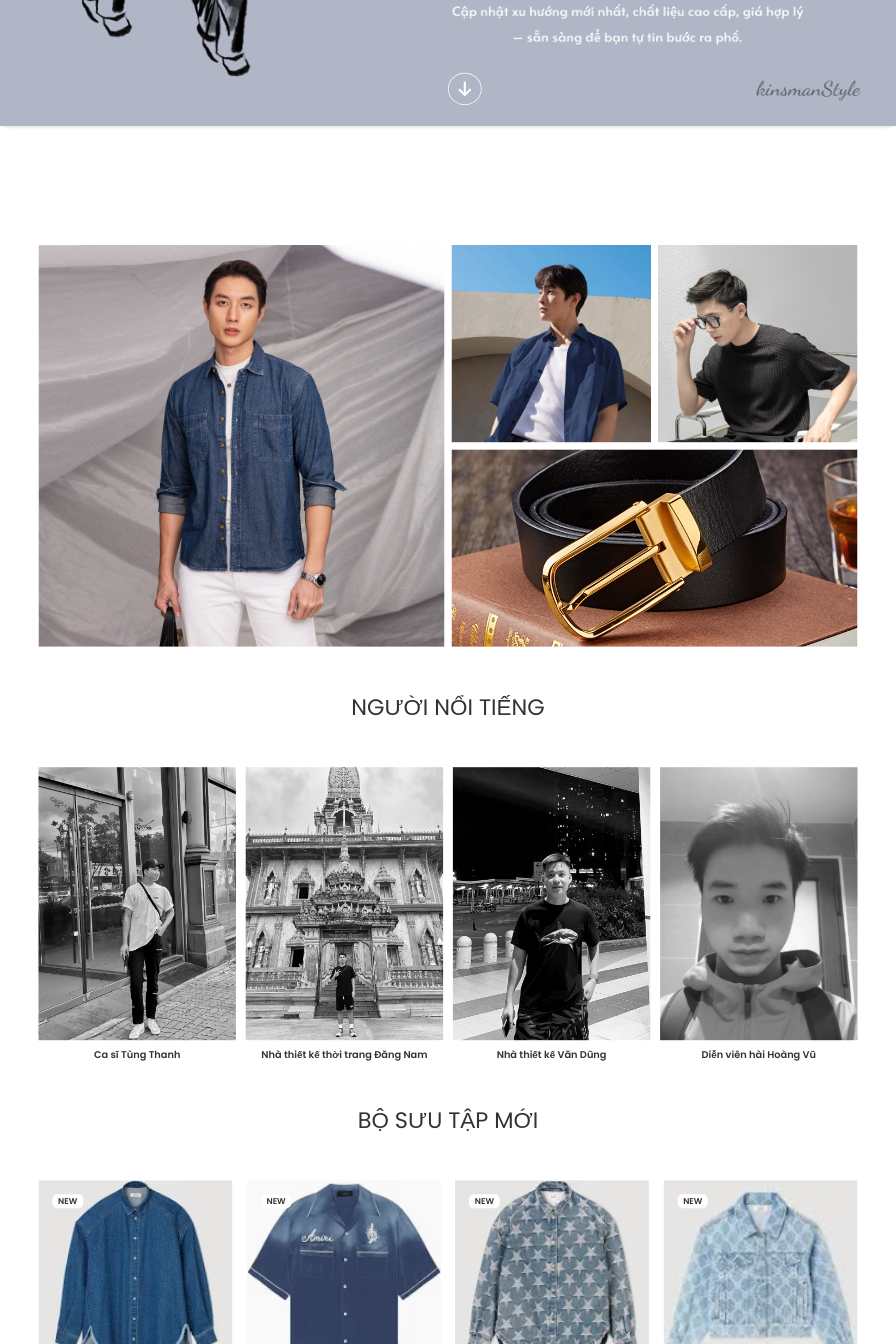
Repository: hoang28092000/kinsmanClothes
Page: index.html
An editor plug-in stored every save of this project. The page is shown before and after the next save, followed by the edit.
The browser window is 1280 px wide. The pictures show the part of the page from y = 530 to 2450 px (the page is 5080 px tall), at 70% of full size.

Above is the page before, as saved 2025-05-07 01:07:01.

### index.html
<!DOCTYPE html>
<html lang="en">
  <head>
    <meta charset="UTF-8" />
    <meta name="viewport" content="width=device-width, initial-scale=1.0" />
    <link rel="preconnect" href="https://fonts.googleapis.com" />
    <link rel="preconnect" href="https://fonts.gstatic.com" crossorigin />
    <link
      href="https://fonts.googleapis.com/css2?family=Poppins:ital,wght@0,100;0,200;0,300;0,400;0,500;0,600;0,700;0,800;0,900;1,100;1,200;1,300;1,400;1,500;1,600;1,700;1,800;1,900&display=swap"
      rel="stylesheet"
    />
    <link
      rel="stylesheet"
      href="https://cdnjs.cloudflare.com/ajax/libs/font-awesome/6.7.2/css/all.min.css"
      integrity="sha512-Evv84Mr4kqVGRNSgIGL/F/aIDqQb7xQ2vcrdIwxfjThSH8CSR7PBEakCr51Ck+w+/U6swU2Im1vVX0SVk9ABhg=="
      crossorigin="anonymous"
      referrerpolicy="no-referrer"
    />
    <link rel="stylesheet" href="./css/reset.css" />
    <link rel="stylesheet" href="./css/main.css" />

    <title>KinsManClothes</title>
  </head>
  <body style="height: 5000px">
    <header class="header">
      <div class="container">
        <div class="content-header">
          <div class="logo">
            <a href="./index.html">
              <img
                src="./asset/logo/logo-kinsmann.svg"
                alt="KinsManClothes Logo"
              />
            </a>
          </div>
          <nav class="nav">
            <ul>
              <li><a href="./index.html">Sản Phẩm</a></li>
              <li><a href="./about.html">Giới thiệu</a></li>
              <li><a href="./shop.html">Chính Sách</a></li>
              <li><a href="./shop.html">Tin tức</a></li>
              <li><a href="./contact.html">Liên hệ</a></li>
            </ul>
          </nav>
          <div class="search-box">
            <input type="text" placeholder="Tìm kiếm sản phẩm..." />
            <button type="submit">Tìm kiếm</button>
          </div>
        </div>
      </div>
    </header>

    <main>
      <div class="content-main">
        <div class="slider" id="slider">
          <img
            src="./asset/banner/banner-1.png"
            alt="banner"
            class="slide active"
          />
          <img src="./asset/banner/banner-2.png" alt="banner" class="slide" />
          <img src="./asset/banner/banner-3.png" alt="banner" class="slide" />
          <a href="#category-list"><i class="fa-solid fa-arrow-down arrow-continue"></i></a>
        </div>
      </div>
      <div class="container">
        <section class="category-list" id="category-list">
          <div class="card-wrapper">
            <img
              src="./asset/image/model-6.jpg"
              alt=""
              class="img-category-1"
            />
            <div class="overlay">
              <h3>Jeans</h3>
              <a href="">Xem thêm</a>
            </div>
          </div>
          <div class="card-wrapper-2">
            <img src="./asset/image/model-2.webp" alt="" />
            <div class="overlay">
              <h3>Sơ mi</h3>
              <a href="">Xem thêm</a>
            </div>
          </div>
          <div class="card-wrapper-2">
            <img src="./asset/image/mode-10.jpg" alt="" />
            <div class="overlay">
              <h3>Áo thun</h3>
              <a href="">Xem thêm</a>
            </div>
          </div>
          <div class="card-wrapper-3">
            <img src="./asset/image/model-9.jpg" alt="" />
            <div class="overlay">
              <h3>Thắt lưng</h3>
              <a href="">Xem thêm</a>
            </div>
          </div>
        </section>
        <section class="celebrity">
          <h2 class="title-heading">NGƯỜI NỔI TIẾNG</h2>
          <div class="celebrity-list">
            <a href="">
              <div class="celebrity-item">
                <img src="./asset/image/celep-1.jpg" alt="" />
                <h3>Ca sĩ Tùng Thanh</h3>
              </div>
            </a>
            <a href=""
              ><div class="celebrity-item">
                <img src="./asset/image/celep-5.jpg" alt="" />
                <h3>Nhà thiết kế thời trang Đăng Nam</h3>
              </div></a
            >
            <a href=""
              ><div class="celebrity-item">
                <img src="./asset/image/celep-3.jpg" alt="" />
                <h3>Nhà thiết kế Văn Dũng</h3>
              </div></a
            >
            <a href=""
              ><div class="celebrity-item">
                <img src="./asset/image/celep-7.jpg" alt="" />
                <h3>Diễn viên hài Hoàng Vũ</h3>
              </div></a
            >
          </div>
        </section>
        <section class="collection">
          <h2 class="title-heading">BỘ SƯU TẬP MỚI</h2>
          <div class="list-collection">
            <a href="">
                <div class="item-collection">
                    <img src="./asset/image/j-4.webp" alt="this is collection">
                    <p>NEW</p>
                </div>
            </a>
            <a href="">
                <div class="item-collection">
                    <img src="./asset/image/j-5.webp" alt="this is collection">
                    <p>NEW</p>
                </div>
            </a>
            <a href="">
                <div class="item-collection">
                    <img src="./asset/image/j-6.webp" alt="this is collection">
                    <p>NEW</p>
                </div>
            </a>
            <a href="">
                <div class="item-collection">
                    <img src="./asset/image/j-7.webp" alt="this is collection">
                    <p>NEW</p>
                </div>
            </a>

          </div>
        </section>
      </div>
    </main>
    <footer></footer>

    <script src="./js/main.js"></script>
  </body>
</html>

### css/main.css
:root {
  --primary-color: #ff6347;
  --secondary-color: #4caf50;
  --background-color: #f0f0f0;
  --text-color: #333;
}
* {
  padding: 0;
  margin: 0;
  box-sizing: border-box;
}
html {
  font-family: "Poppins", sans-serif;
  font-size: 62.5%;
  scroll-behavior: smooth;
}

.container {
  width: 1170px;
  max-width: calc(100% - 48px);
  margin: 0 auto;
}
.content-header {
  display: flex;
  justify-content: space-between;
  align-items: center;
}
.header {
  position: fixed;
  height: 80px;
  top: 0;
  left: 0;
  right: 0;
  z-index: 999;
  background-color: white;
  box-shadow: 0 2px 4px rgba(0, 0, 0, 0.05);
}
.arrow-continue {
  position: absolute;
  bottom: 30px;
  left: 50%;
  z-index: 2;
  font-size: 2.4rem;
  color: #fff;
  border: 1px solid #fff;
  padding: 10px 14px;
  border-radius: 50%;
}
.arrow-continue:hover {
  background-color: var(--primary-color);
  color: #fff;
  transition: all 0.3s ease-in-out;
}
header .logo img {
  width: 200px;
  height: 80px;
}
.nav ul {
  display: flex;
  justify-content: space-between;
  gap: 20px;
}
.nav a {
  text-decoration: none;
  color: var(--text-color);
  font-size: 1.4rem;
  font-weight: 500;
  padding: 10px;
  transition: all 0.3s ease-in-out;
}
.nav a:hover {
  color: var(--primary-color);
}
.search-box {
  display: flex;
  align-items: center;
  gap: 10px;
}
.search-box input[type="text"] {
  padding: 6px;
  border: 1px solid var(--text-color);
  border-radius: 5px;
  font-size: 1.4rem;
  width: 200px;
  outline: none;
}
.search-box input[type="text"]:focus {
  border-color: var(--primary-color);
}
.search-box button[type="submit"] {
  background-color: #333;
  color: #fff;
  font-weight: 500;
  border: none;
  padding: 6px 12px;
  border-radius: 5px;
  cursor: pointer;
  font-size: 1.4rem;
  transition: all 0.3s ease-in-out;
}
.search-box button[type="submit"]:hover {
  background-color: var(--primary-color);
}

/* main */
.content-main {
  margin-top: 80px;
  border-radius: 10px;
  box-shadow: 0 2px 4px rgba(0, 0, 0, 0.1);
}
.slider {
  position: relative;
  width: 100%;
  height: 630px;
  overflow: hidden;
}
.slide {
  position: absolute;
  width: 100%;
  height: 100%;
  opacity: 0;
  transition: opacity 0.5s ease-in-out;
}
.slide.active {
  opacity: 1;
  z-index: 1;
}

.overlay {
  background-color: #928d8d;
  display: none;
}
.overlay h3 {
  color: #fff;
  font-size: 2.4rem;
}

.category-list {
  margin-top: 170px;
  display: grid;
  grid-template-columns: repeat(4, 1fr);
  grid-template-rows: repeat(2, 282px);
  gap: 10px;
}
.card-wrapper {
  position: relative;
  width: 100%;
  grid-column: span 2; /* chiếm 2 cột */
  grid-row: span 2;
  overflow: hidden;

}

.card-wrapper-2 {
  position: relative;
  width: 100%;
  overflow: hidden;

}
.card-wrapper-3 {
  position: relative;
  width: 100%;
  grid-column: span 2; /* chiếm 3 cột */
  grid-row: span 1;
  overflow: hidden;
}

.category-list img {
  width: 100%;
  height: 100%;
  object-fit: cover;
  object-position: top;
  transition: all 0.3s ease-in-out;
}

.card-wrapper-3 img {
  object-position: center;
}

.card-wrapper:hover .overlay,
.card-wrapper-2:hover .overlay,
.card-wrapper-3:hover .overlay {
  position: absolute;
  top: 0;
  left: 0;
  right: 0;
  bottom: 0;
  display: flex;
  flex-direction: column;
  justify-content: center;
  align-items: center;
  width: 100%;
  height: 100%;
  background-color: rgba(0, 0, 0, 0.5);
  transition: all 0.3s ease-in-out;
}
.overlay a {
  display: block;
  text-decoration: none;
  color: #fff;
  font-size: 1.6rem;
  margin-top: 30px;
  border: 1px solid #fff;
  padding: 10px 20px;
  transition: all 0.3s ease-in-out;
  border-radius: 5px;
    background-color: transparent;
}
.overlay a:hover {
  background-color: var(--primary-color);
  color: #fff;
}

.card-wrapper:hover img,
.card-wrapper-2:hover img,
.card-wrapper-3:hover img{
  transform: scale(1.05);
  transition: all 0.3s ease-in-out;
}

/* celebrity */
.celebrity{
    margin-top: 70px;

}
.title-heading{
    text-align: center;
    font-size: 3.2rem;
    color: var(--text-color);
    margin-bottom: 70px;
}
.celebrity-list{
    display: flex;
    justify-content: space-between;
    align-items: center;
}
.celebrity-list a{
    text-decoration: none;
}
.celebrity-item{
    position: relative;
    width: 282px;
}
.celebrity-item img{
    width: 100%;
    height: 390px;
    object-fit: cover;
    object-position: top;
    filter: blur(0px) grayscale(100%) sepia(0);
    transition: filter 0.4s ease;
}
.celebrity-item img:hover{
    filter: grayscale(0%);
    cursor: pointer;
}
.celebrity-item h3{
    font-size: 1.4rem;
    font-weight: 600;
    color: #333;
    margin-top: 12px;
    text-align: center;
}

/* collection */
.collection{
    margin-top: 70px;
}
.list-collection{
    display: flex;
    justify-content: space-between;
    align-items: center;
    gap: 10px;
}
.item-collection{
    position: relative;
    width: 277px;
    overflow: hidden;
    height: 276px;

}
.item-collection img{
    width: 100%;
    height: 100%;
    transition: transform 0.3s ease;
}
.item-collection p{
    position: absolute;
    top: 20px;
    left: 20px;
    background-color: #fff;
    color: #333;
    font-size: 1.2rem;
    font-weight: 600;
    padding: 4px 8px;
    border-radius: 7px;
}
.item-collection img:hover{
    transform: scale(1.05);
}

### js/main.js
const sliders = document.querySelectorAll(".slide");
let current = 0;
let interval = null;

function showNextSlide() {
  sliders[current].classList.remove("active");
  current = (current + 1) % sliders.length;
  sliders[current].classList.add("active");
}
function startSlider() {
  interval = setInterval(showNextSlide, 2500);
}
function stopSlider() {
  clearInterval(interval);
}

const slider = document.getElementById("slider");
slider.addEventListener("mouseover", stopSlider);
slider.addEventListener("mouseleave", startSlider);

Loaded but not shown: css/reset.css (common file)

After the next save:
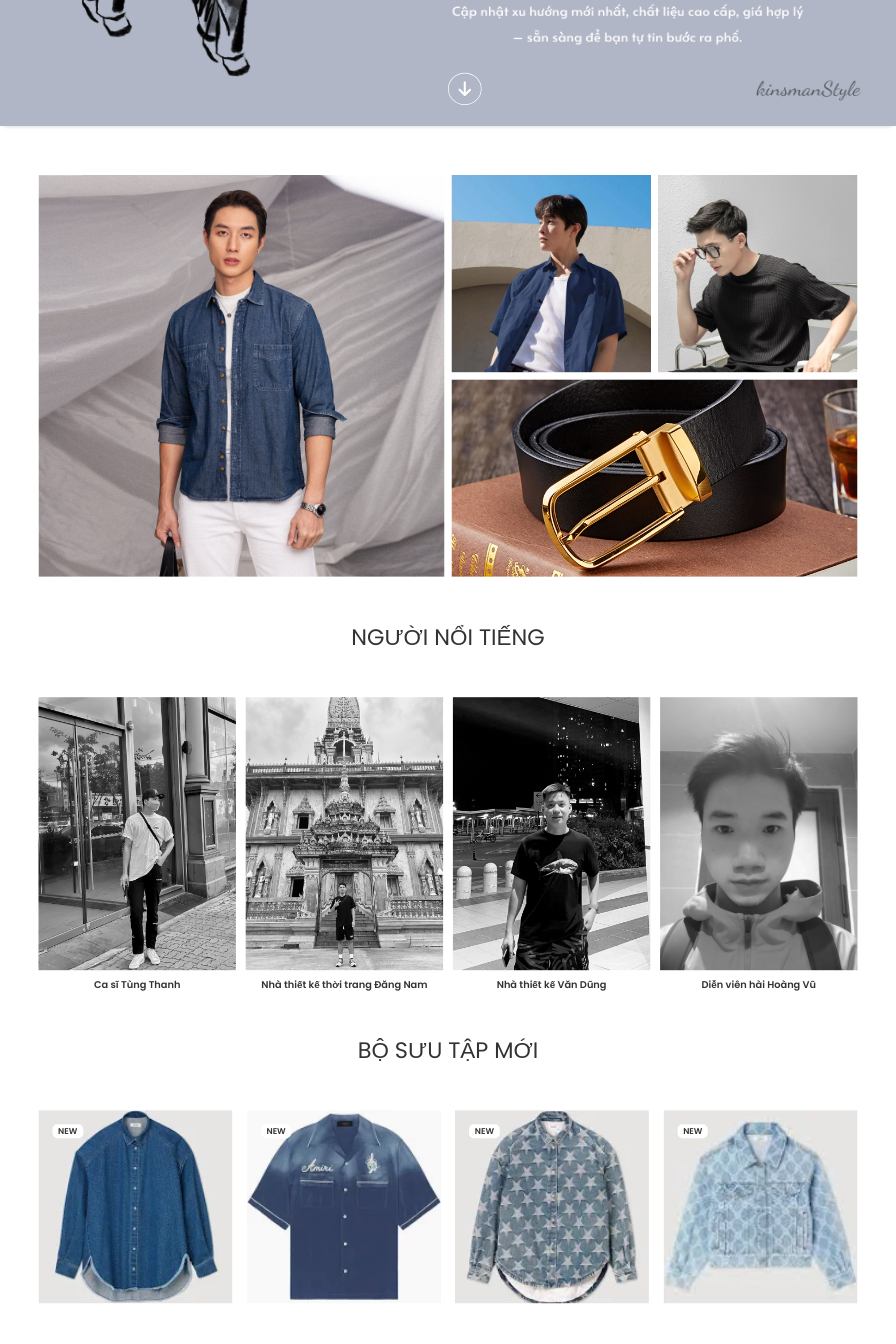
Saved 11 s later.
--- a/css/main.css
+++ b/css/main.css
@@ -136,7 +136,7 @@ header .logo img {
 }
 
 .category-list {
-  margin-top: 170px;
+  margin-top: 70px;
   display: grid;
   grid-template-columns: repeat(4, 1fr);
   grid-template-rows: repeat(2, 282px);
